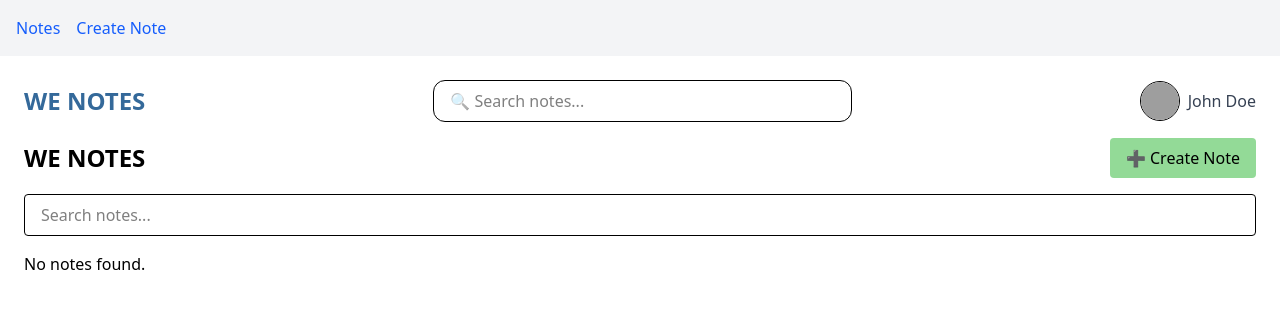
Repository: pin-seavmuy/NoteApplication
Page: / (app in note-vue/)
These files come from the project's save history. The page is drawn as it stood at one moment and after a run of saves; the edit follows.
The browser window is 1280 px wide. The pictures show the whole page.
Pictures or frames that could not be fetched are drawn as grey boxes. The page's requests for data from a server got no answer. The project was rebuilt for these pictures with package versions that can differ from the ones it lists, and the page was loaded fresh each time. No one was signed in, and anything a server would have sent is missing. Also part of the build but not shown: note-vue/vite.config.ts, note-vue/src/components/NoteWrapper.vue, note-vue/src/views/CreateNote.vue, note-vue/src/views/NoteDetail.vue, note-vue/src/views/UpdateNote.vue.

Above is the page before, as saved 2025-09-16 11:15:00.

### note-vue/src/main.ts
// import { createApp } from 'vue'
// import './style.css'
// import App from './App.vue'

// createApp(App).mount('#app')


import { createApp } from 'vue'
import App from './App.vue'
import router from './router'
import './style.css'

const app = createApp(App)
app.use(router)
app.mount('#app')

### note-vue/src/App.vue
<script setup lang="ts">
  import HelloWorld from './components/HelloWorld.vue'
  import NotesList from '../components/NotesList.vue'
</script>

<!-- <template>
  <div>
    <HelloWorld msg="Vite + Vue" />
    <NotesList />
  </div>
</template> -->

<template>
  <div>
    <nav class="p-4 bg-gray-100 flex space-x-4">
      <router-link to="/" class="text-blue-600 hover:underline">Notes</router-link>
      <router-link to="/create" class="text-blue-600 hover:underline">Create Note</router-link>
    </nav>

    <router-view />
  </div>
</template>

<style scoped>
</style>

### note-vue/src/router/index.ts
import { createRouter, createWebHistory } from 'vue-router'

import NotesList from '../views/NotesList.vue'
import CreateNote from '../views/CreateNote.vue'
import NoteDetail from '../views/NoteDetail.vue'
import UpdateNote from '../views/UpdateNote.vue'

const routes = [
  {
    path: '/',
    name: 'NotesList',
    component: NotesList,
  },
  {
    path: '/create',
    name: 'CreateNote',
    component: CreateNote,
  },
  {
    path: '/notes/:id',
    name: 'NoteDetail',
    component: NoteDetail,
    props: true,
  },
    {
    path: '/notes/:id/edit',
    name: 'UpdateNote',
    component: UpdateNote,
    props: true
    }
]

const router = createRouter({
  history: createWebHistory(),
  routes,
})

export default router

### note-vue/src/views/NotesList.vue
<template>
  <div class="p-6">
    <div class="flex items-center justify-between mb-4 space-x-72">
      <h1 class="text-2xl font-bold " style="color: #34699A;">WE NOTES</h1>

      <input
        v-model="search"
        type="text"
        placeholder="🔍 Search notes..."
        class="px-4 py-2 border rounded-xl flex-grow"
      />

      <div class="flex items-center space-x-2 flex-shrink-0">
        <img
          src="https://ui-avatars.com/api/?name=User"
          alt="User Avatar"
          class="w-10 h-10 rounded-full border"
        />
        <span class="text-gray-700 font-medium">John Doe</span>
      </div>
    </div>

    <div class="flex items-center justify-between mb-4">

      <router-link to="/" class="text-2xl font-bold flex-shrink-0 hover:underline">WE NOTES</router-link>
      <router-link
        to="/create"
        class="text-base px-4 py-2 rounded text-black hover:brightness-90"
        style="background-color: #93DA97;"
      >
        ➕  Create Note
      </router-link>
    </div>



    <input
      v-model="search"
      type="text"
      placeholder="Search notes..."
      class="px-4 py-2 border rounded w-full mb-4"
    />

    <div v-if="loading">Loading...</div>
    <div v-else-if="filteredNotes.length === 0">No notes found.</div>

    <div
      v-else
      class="grid gap-4 grid-cols-1 sm:grid-cols-2 lg:grid-cols-3 xl:grid-cols-4"
    >
      <NoteWrapper
        v-for="note in filteredNotes"
        :key="note.id"
        :note="note"
      />
    </div>
  </div>
</template>

<script setup lang="ts">
import { ref, computed, onMounted } from 'vue'
import api from '../api/axios'
import NoteWrapper from '../components/NoteWrapper.vue'

interface Note {
  id: number
  title: string
  content: string | null
  createdAt: string
  updatedAt?: string | null
}

const notes = ref<Note[]>([])
const loading = ref(false)
const search = ref('')

async function fetchNotes() {
  loading.value = true
  try {
    const res = await api.get('/Notes')
    notes.value = res.data as Note[]
  } catch (error) {
    console.error('Error fetching notes:', error)
  } finally {
    loading.value = false
  }
}

const filteredNotes = computed(() =>
  notes.value.filter(note =>
    note.title.toLowerCase().includes(search.value.toLowerCase())
  )
)

onMounted(fetchNotes)
</script>

### note-vue/src/api/axios.ts
import axios from 'axios'

const api = axios.create({
  baseURL: 'http://localhost:5258/api',
})

export default api;

Loaded but not shown: note-vue/index.html (common file); note-vue/src/style.css (common file)

After the next 3 saves:
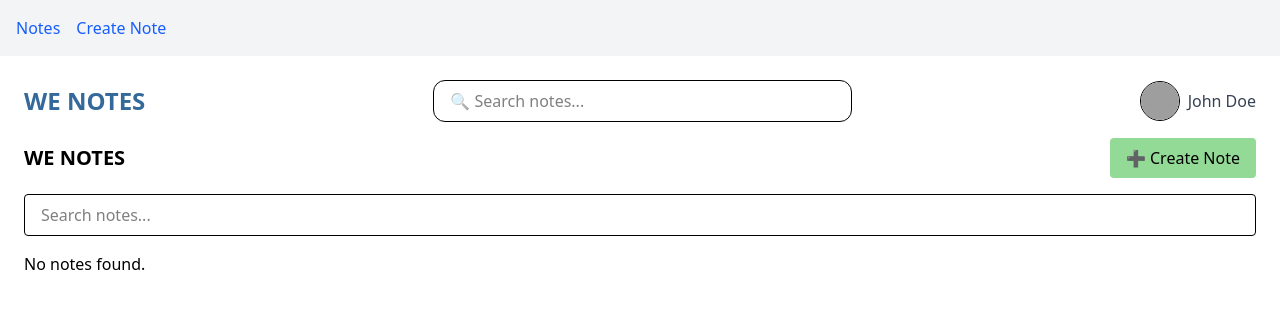
The 3 saves are shown as one change because they came seconds apart.
The last was saved 13 s later.
--- a/note-vue/src/views/NotesList.vue
+++ b/note-vue/src/views/NotesList.vue
@@ -22,7 +22,7 @@
 
     <div class="flex items-center justify-between mb-4">
 
-      <router-link to="/" class="text-2xl font-bold flex-shrink-0 hover:underline">WE NOTES</router-link>
+      <router-link to="/" class="text-xl font-bold flex-shrink-0 hover:underline">WE NOTES</router-link>
       <router-link
         to="/create"
         class="text-base px-4 py-2 rounded text-black hover:brightness-90"
